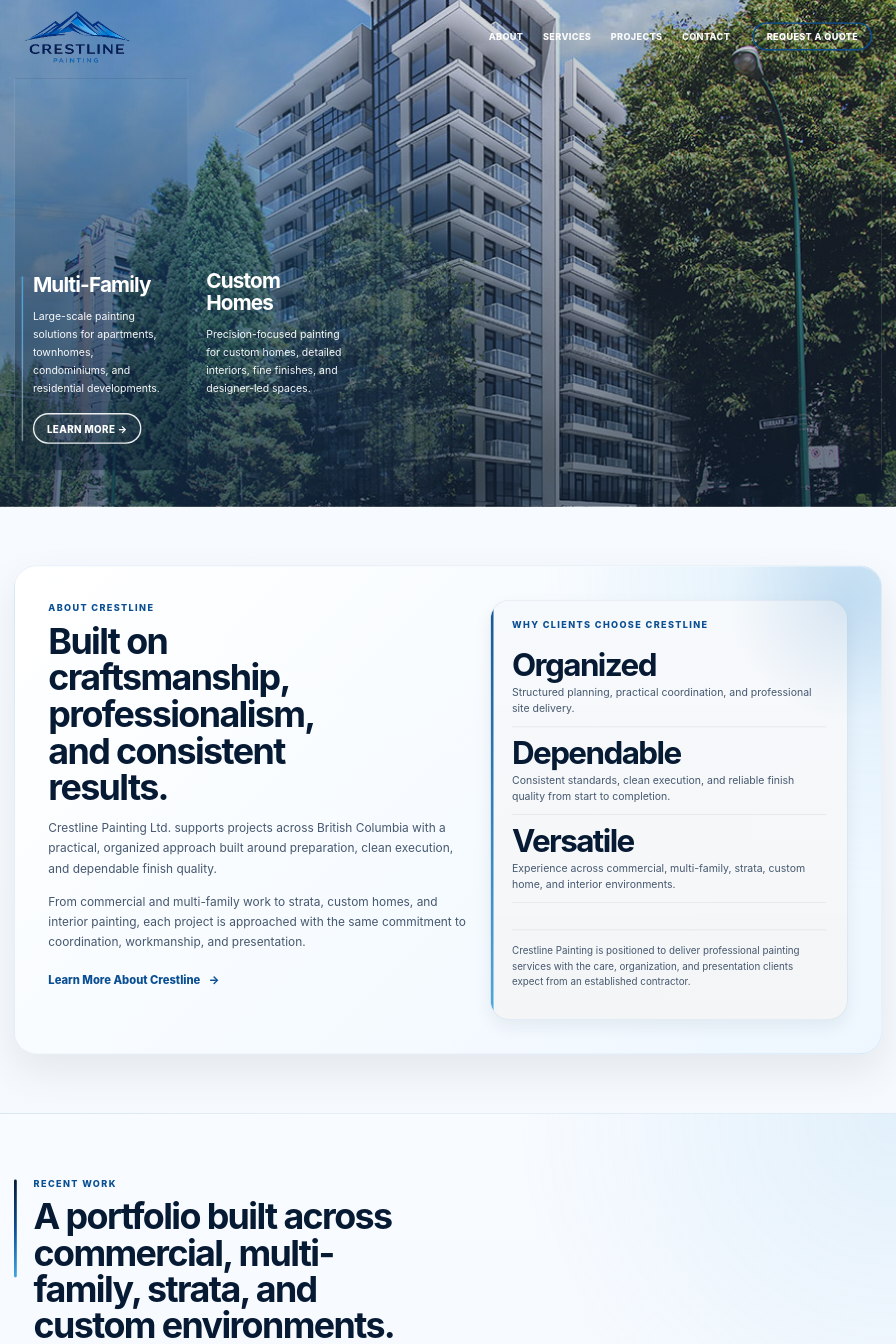
Repository: 300LBHACK3R/Crestline-Painting
Page: /
These files come from the project's save history. The page is drawn as it stood at one moment and after the next save; the edit follows.
The browser window is 1280 px wide. The pictures show the part of the page from y = 0 to 1920 px (the page is 4942 px tall), at 70% of full size.
The project was rebuilt for these pictures with package versions that can differ from the ones it lists, and the page was loaded fresh each time. The framework's server and built-in components were replaced by stand-ins that run in the browser. Also part of the build but not shown: next.config.ts.

Above is the page before, as saved 2026-04-29 20:43:20.

After the next save:
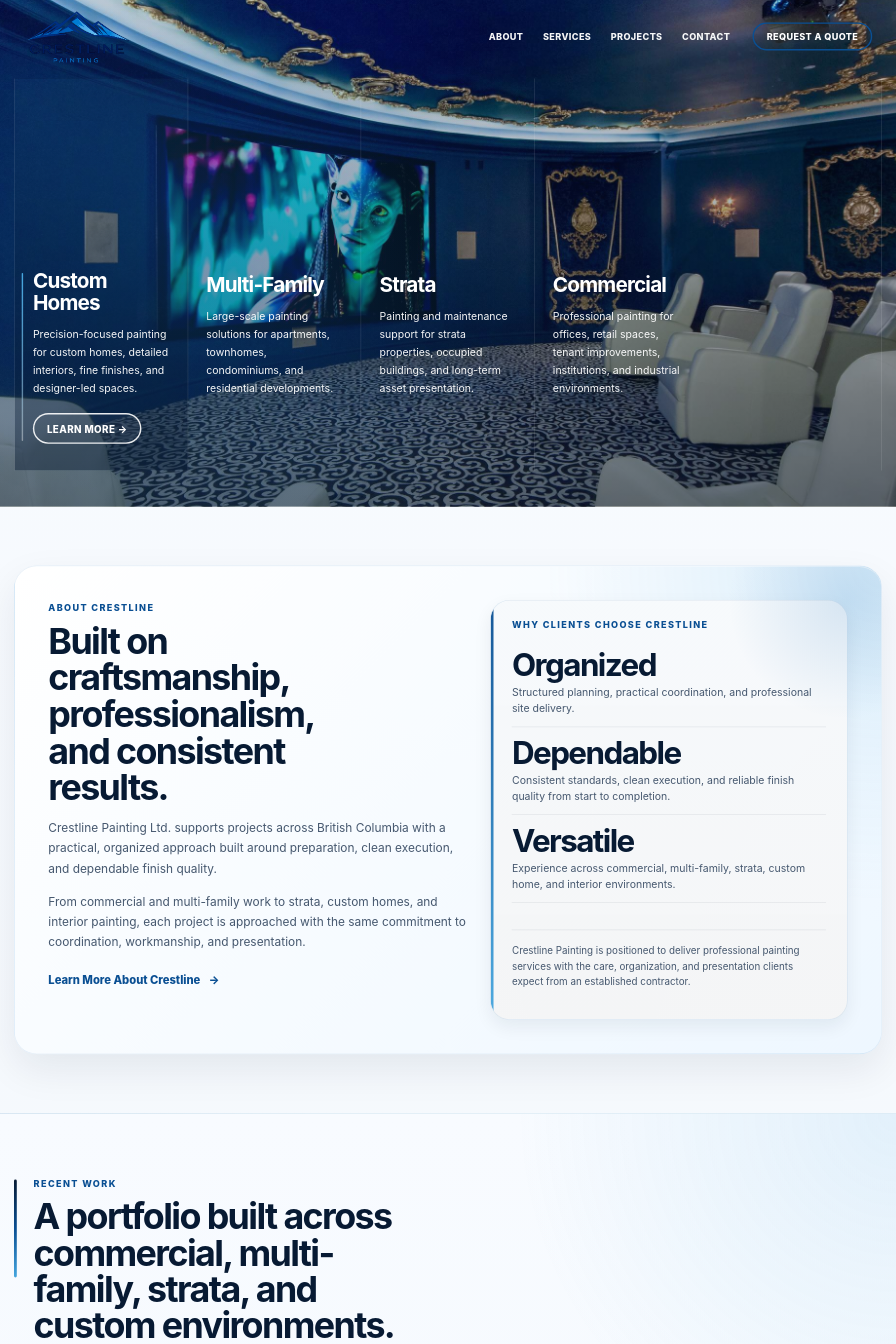
Saved 10 s later.
--- a/src/components/home/home-hero.tsx
+++ b/src/components/home/home-hero.tsx
@@ -15,11 +15,10 @@
 const typedServices = services as readonly HomeServiceItem[];
 
 const HOME_SERVICE_ORDER = [
-  "interior-painting",
+  "custom-homes",
   "multi-family",
-  "custom-homes",
-  "commercial-painting",
-  "strata-building-maintenance",
+  "strata",
+  "commercial",
 ] as const;
 
 function getServiceImage(service: HomeServiceItem) {
@@ -77,13 +76,13 @@
               return (
                 <Link
                   key={service.slug}
-                  href="/services"
+                  href={`/services/${service.slug}`}
                   className={`home-service-column${
                     isActive ? " home-service-column--active" : ""
                   }`}
                   onMouseEnter={() => setActiveSlug(service.slug)}
                   onFocus={() => setActiveSlug(service.slug)}
-                  aria-label="View Crestline Painting services"
+                  aria-label={`View ${service.title} service details`}
                 >
                   <div className="home-service-column__content">
                     <h2 className="home-service-column__title">
